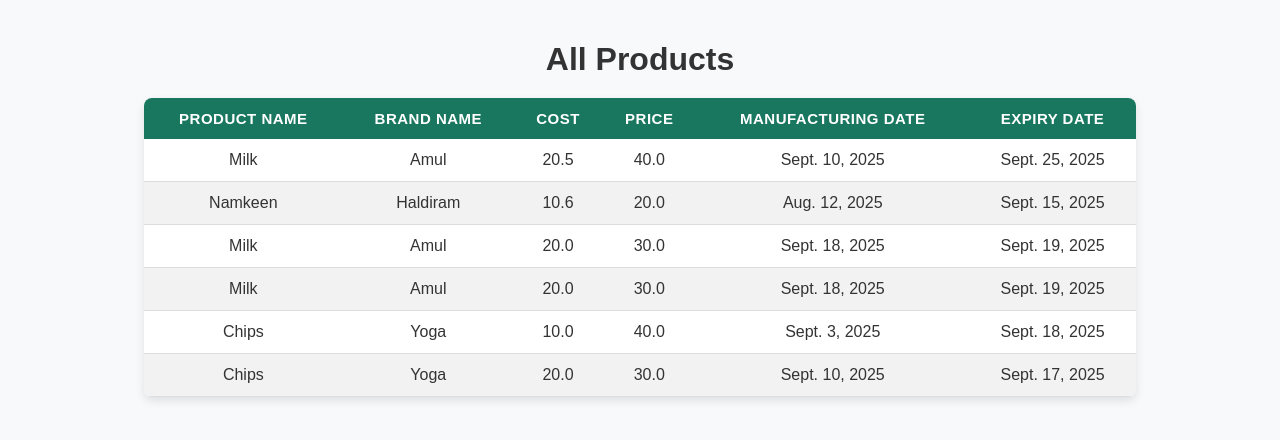
Repository: gautamsonam011/CMS
Page: http://localhost/getgroduct/
The author's editor kept a copy of each file at every save. The page is drawn from the files as they stood at one save, then again after the next save.
The browser window is 1280 px wide. The pictures show the whole page.
The page is served by the project's application, run on Django 5.2 (manage.py). Other server files are loaded and not shown. The page reads the database file committed with the project.

Above is the page before, as saved 2025-09-12 12:02:23.

### templates/getProduct.html
<!DOCTYPE html>
<html lang="en">
<head>
  <meta charset="UTF-8">
  <meta name="viewport" content="width=device-width, initial-scale=1.0">
  <title>Get All Products</title>
  <style>
    body {
      font-family: Arial, sans-serif;
      background: #f8f9fa;
      margin: 0;
      padding: 20px;
    }

    h1 {
      text-align: center;
      color: #333;
      margin-bottom: 20px;
    }

    table {
      width: 80%;
      margin: 0 auto;
      border-collapse: collapse;
      background: #fff;
      box-shadow: 0 4px 10px rgba(0,0,0,0.1);
      border-radius: 8px;
      overflow: hidden;
    }

    thead {
      background: rgb(25, 119, 96);
      color: #fff;
    }

    thead th {
      padding: 12px;
      font-size: 15px;
      text-transform: uppercase;
      letter-spacing: 0.5px;
    }

    tbody td {
      padding: 12px;
      text-align: center;
      border-bottom: 1px solid #ddd;
      color: #333;
    }

    tbody tr:nth-child(even) {
      background: #f2f2f2;
    }

    tbody tr:hover {
      background: #eaf4ff;
      transition: 0.3s;
    }
  </style>
</head>
<body>
  <h1>All Products</h1>
  <form action="" method="post">
    {% csrf_token %}
    <table>
      <thead>
        <tr>
          <th>Product Name</th>
          <th>Brand Name</th>
          <th>Cost</th>
          <th>Price</th>
          <th>Manufacturing Date</th>
          <th>Expiry Date</th>
        </tr>
      </thead>
      <tbody>
        {% for i in products %}
        <tr>
          <td>{{i.productName}}</td>
          <td>{{i.brandName}}</td>
          <td>{{i.cost}}</td>
          <td>{{i.price}}</td>
          <td>{{i.manu_date}}</td>
          <td>{{i.exp_date}}</td>
        </tr>
        {% empty %}
        <tr>
          <td colspan="6" style="text-align:center; padding:15px; color:#888;">
            No products available
          </td>
        </tr>
        {% endfor %}
      </tbody>
    </table>
  </form>
</body>
</html>

### CMS/views.py
# Here write your logical code
# This is a business logic layer
from django.http import HttpResponse, JsonResponse
from django.shortcuts import render, get_object_or_404
from SDM.models import GroceryProducts
import json

def client_request_response(request):
    return HttpResponse("<h1>Hello Django Project</h1>")

def request_add_two_numbers(request):
    return HttpResponse("<h1>Add two numbers and sum = 78 </h1>")

def request_message(request):
    return HttpResponse("<h1>'Message type content' refers to either the actual data or text within a message (the content of the message) or, in a technical context, the definition of the structure and type of data a message can hold, such as MIME message types, SAP message types, or message types in programming languages like Java. The specific meaning depends on whether you're talking about the message's substance or its programmatic definition and structure. </h1>")

def my_first_template(request):
    return render(request, 'firstfile.html')

def my_home_page(request):
    return render(request, 'home.html')

def my_about_page(request):
    if request.method == "POST":
        print(request.POST)

        name = request.POST.get("name")
        d = {
            'name': name
        }
        return render(request, "about.html", context=d)

# def my_about_page(request):
    # if request.method == "POST":
    #     print(request.POST)

    #     name = request.POST.get("name")
    #     d = {
    #         'name': name
    #     }
    #     return render(request, "about.html", context=d)

    # # Handle GET request
    # return render(request, "about.html")


def calculator_view(request):
    expression = ""
    result = ""

    if request.method == "POST":
        expression = request.POST.get("expression", "")

        if "btn" in request.POST:
            expression += request.POST["btn"]

        elif "clear" in request.POST:
            expression = ""
            result = ""

        elif "equal" in request.POST:
            try:
                result = str(eval(expression))
                expression = result
            except:
                result = "Error"
                expression = ""

    return render(request, "calculator.html", {"expression": expression, "result": result})

def dtl_func(request):
    a = 67
    b = 87
    sum = a+b
    l = ["Python", "Java", "PHP", "C#","HTML"]

    student_name = ["Ram", "Ankit", "Raj", "Geeta", "Rita"]
    student_age = [14, 13, 15, 16, 14]
    student_address = ["Delhi", "Kanpur", "Pune", "Mumbai", "Kolkata"]

    students = zip(student_name, student_age, student_address)
    d = {
        'sum':sum,
        'techno': l,
        'students': students,
        }
    return render(request, 'dtl.html', d)


def create_view(request):
    if request.method == "POST":

        try:
            data = json.loads(request.body)

            grocery = GroceryProducts.objects.create(**data)

            return JsonResponse({
                'productName': grocery.productName,
                'brandName': grocery.brandName,
                'cost': grocery.cost,
                'price': grocery.price,
                'manu_date': grocery.manu_date,
                'exp_date': grocery.exp_date,

            }, status = 201)

        except Exception as e:
            return JsonResponse({'error': str(e)}, status=400)

    return JsonResponse({'error': 'Only POST method allowed'}, status = 405)

# CRUD
# Create query

def save_product(request):
    if request.method == "POST":
        productName = request.POST.get('productName')
        brandName = request.POST.get('brandName')
        cost = request.POST.get('cost')
        price = request.POST.get('price')
        manu_date = request.POST.get('manu_date')
        exp_date = request.POST.get('exp_date')

        GroceryProducts.objects.create(
            productName = productName,
            brandName = brandName,
            cost = cost,
            price = price,
            manu_date = manu_date,
            exp_date = exp_date

        )

        return HttpResponse("Product saved successfully!")
    return render(request, 'products.html')

def update_product(request, product_id):
    if request.method == "POST":
        productName = request.POST.get('productName')
        brandName = request.POST.get('brandName')
        cost = request.POST.get('cost')
        price = request.POST.get('price')
        manu_date = request.POST.get('manu_date')
        exp_date = request.POST.get('exp_date')

        product = get_object_or_404(GroceryProducts, id = product_id)

        product.productName = productName
        product.brandName = brandName
        product.cost = cost
        product.price = price
        product.manu_date = manu_date
        product.exp_date = exp_date

        return HttpResponse("Product updated successfully!")
    product = get_object_or_404(GroceryProducts, id = product_id)
    return render(request, 'updateProduct.html', {'product':product})

def get_product(request):
    products = GroceryProducts.objects.all()

    return render(request, 'getProduct.html',{'products':products})

### SDM/models.py
from django.db import models

# Create your models here.

class Customer(models.Model):
    firstname = models.CharField(max_length=20)
    lastname = models.CharField(max_length=20)
    mobileNumber = models.IntegerField(max_length=12)
    address = models.CharField(max_length=100)

class Member(models.Model):
    memName = models.CharField(max_length=20)
    jobRole = models.CharField(max_length=20)
    mobileNumber = models.IntegerField(max_length=12)
    address = models.CharField(max_length=100)
    joined_date = models.DateField(null=True)

    def __str__(self):
        return f"{self.memName}"

class GroceryProducts(models.Model):
    productName = models.CharField(max_length=70)
    brandName = models.CharField(max_length=70)
    cost = models.FloatField(null = True)
    price = models.FloatField(null = True)
    manu_date = models.DateField(null = True)
    exp_date = models.DateField(null = True)


    def __str__(self):
        return f"{self.productName}"

### CMS/urls.py

from django.contrib import admin
from django.urls import path
from . import views

urlpatterns = [
    path('admin/', admin.site.urls),
    path("client/", views.client_request_response),
    path("add/", views.request_add_two_numbers),
    path('message/', views.request_message),
    path('first/', views.my_first_template),
    path('home/', views.my_home_page),
    path('about/', views.my_about_page),
    path('calculator/', views.calculator_view),
    path('dtl/', views.dtl_func),
    path('postapi/', views.create_view),
    path('create/', views.save_product),
    path('update/<int:product_id>/', views.update_product),
    path('getgroduct/', views.get_product),
]

### db.sqlite3 (the tables this page reads, as SQL)
CREATE TABLE "SDM_groceryproducts" ("id" integer NOT NULL PRIMARY KEY AUTOINCREMENT, "productName" varchar(70) NOT NULL, "brandName" varchar(70) NOT NULL, "cost" real NULL, "price" real NULL, "manu_date" date NULL, "exp_date" date NULL);
INSERT INTO "SDM_groceryproducts" VALUES
(2, 'Milk', 'Amul', 20.5, 40.0, '2025-09-10', '2025-09-25'),
(3, 'Namkeen', 'Haldiram', 10.6, 20.0, '2025-08-12', '2025-09-15'),
(4, 'Milk', 'Amul', 20.0, 30.0, '2025-09-18', '2025-09-19'),
(5, 'Milk', 'Amul', 20.0, 30.0, '2025-09-18', '2025-09-19'),
(6, 'Chips', 'Yoga', 10.0, 40.0, '2025-09-03', '2025-09-18'),
(7, 'Chips', 'Yoga', 20.0, 30.0, '2025-09-10', '2025-09-17');

After the next save:
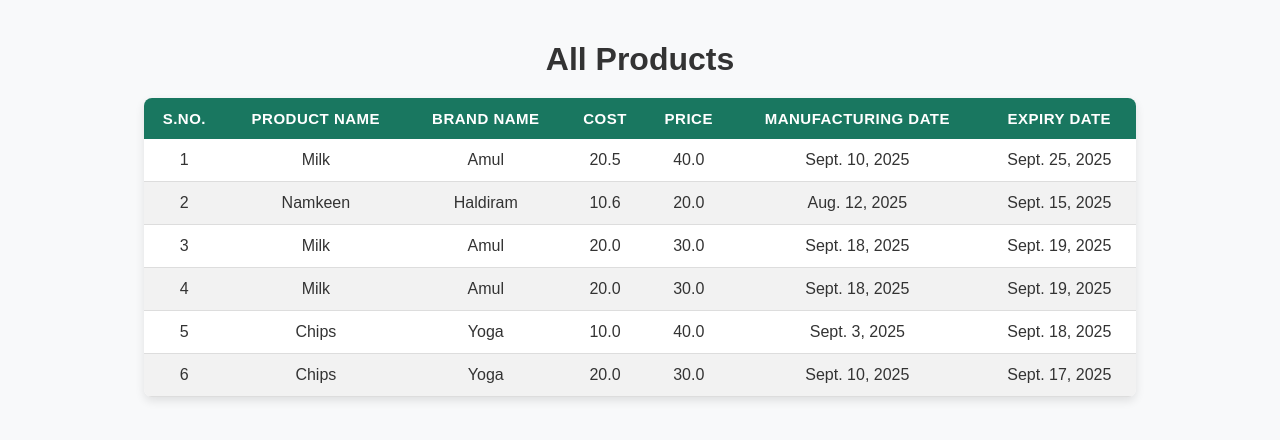
Saved 91 s later.
--- a/templates/getProduct.html
+++ b/templates/getProduct.html
@@ -64,6 +64,7 @@
     <table>
       <thead>
         <tr>
+            <th>S.No.</th>
           <th>Product Name</th>
           <th>Brand Name</th>
           <th>Cost</th>
@@ -75,6 +76,7 @@
       <tbody>
         {% for i in products %}
         <tr>
+            <td>{{forloop.counter }}</td>
           <td>{{i.productName}}</td>
           <td>{{i.brandName}}</td>
           <td>{{i.cost}}</td>
